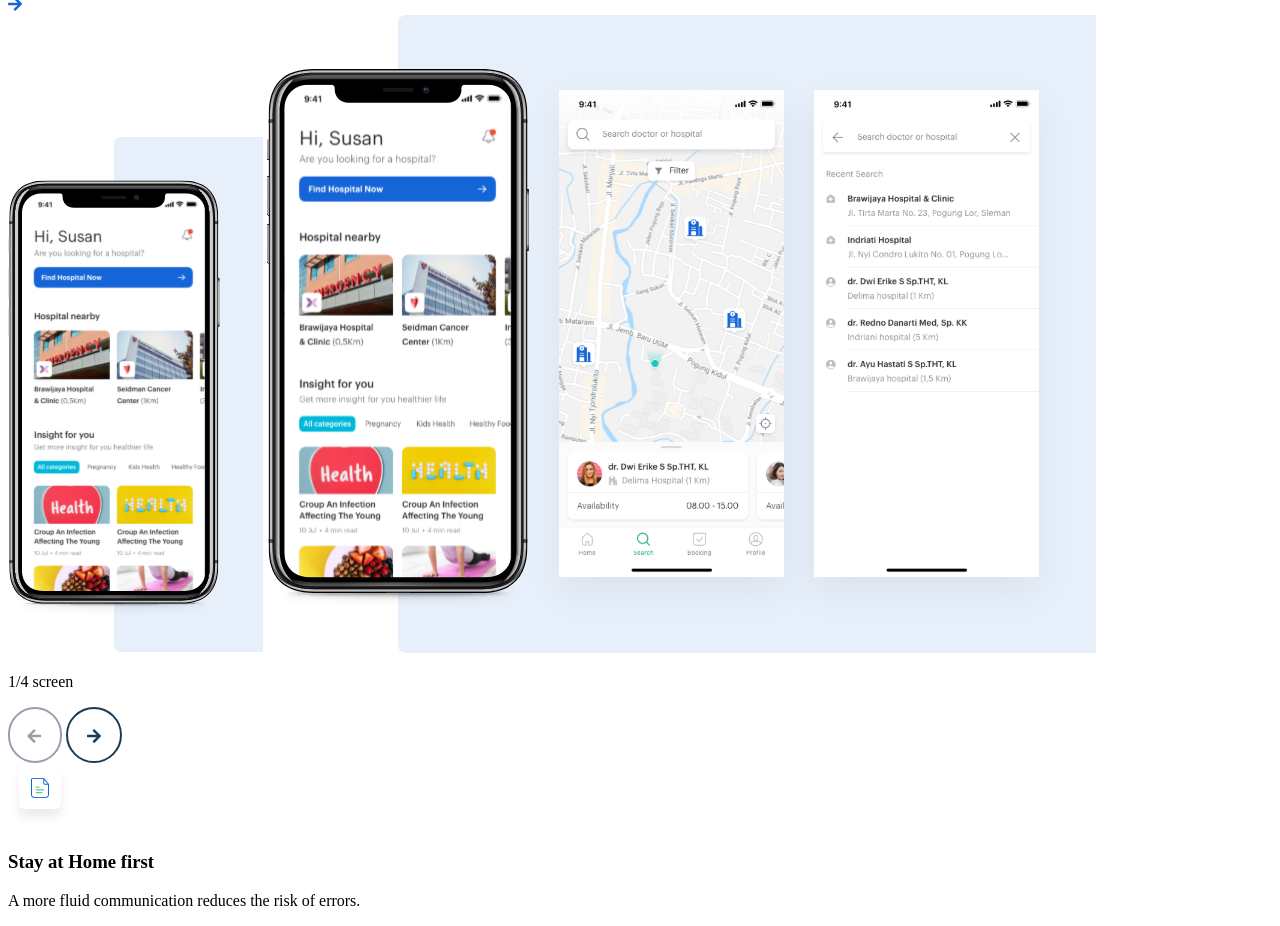
Repository: Esttevo/prova-html-css
Page: index.html
An editor plug-in stored every save of this project. The page is shown before and after a run of saves, followed by the edit.
The browser window is 1280 px wide. The pictures show the part of the page from y = 3804 to 4756 px (the page is 4730 px tall before and 4756 px after).
A picture or video elsewhere on the page could not be fetched, so the positions and the page height are approximate.

Above is the page before, as saved 2026-08-31 18:06:05.

After the next 3 saves:
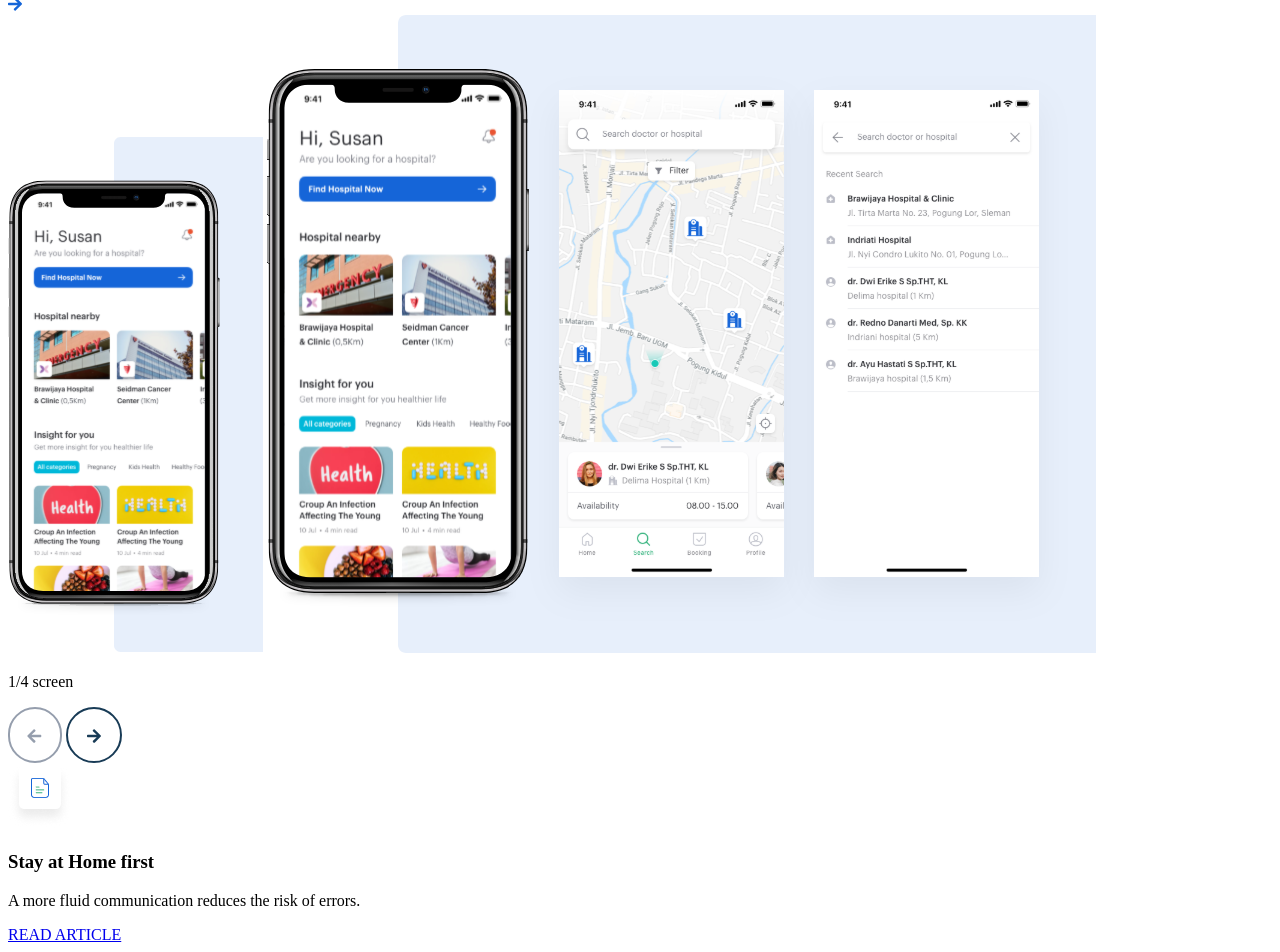
The 3 saves are shown as one change because they came seconds apart.
The last was saved 12 s later.
--- a/index.html
+++ b/index.html
@@ -273,6 +273,10 @@
                     A more fluid communication
 reduces             the risk of errors.
                 </p>
+
+                <a href="#">
+                    READ ARTICLE
+                </a>
             </article>
         </section>
     </main>
